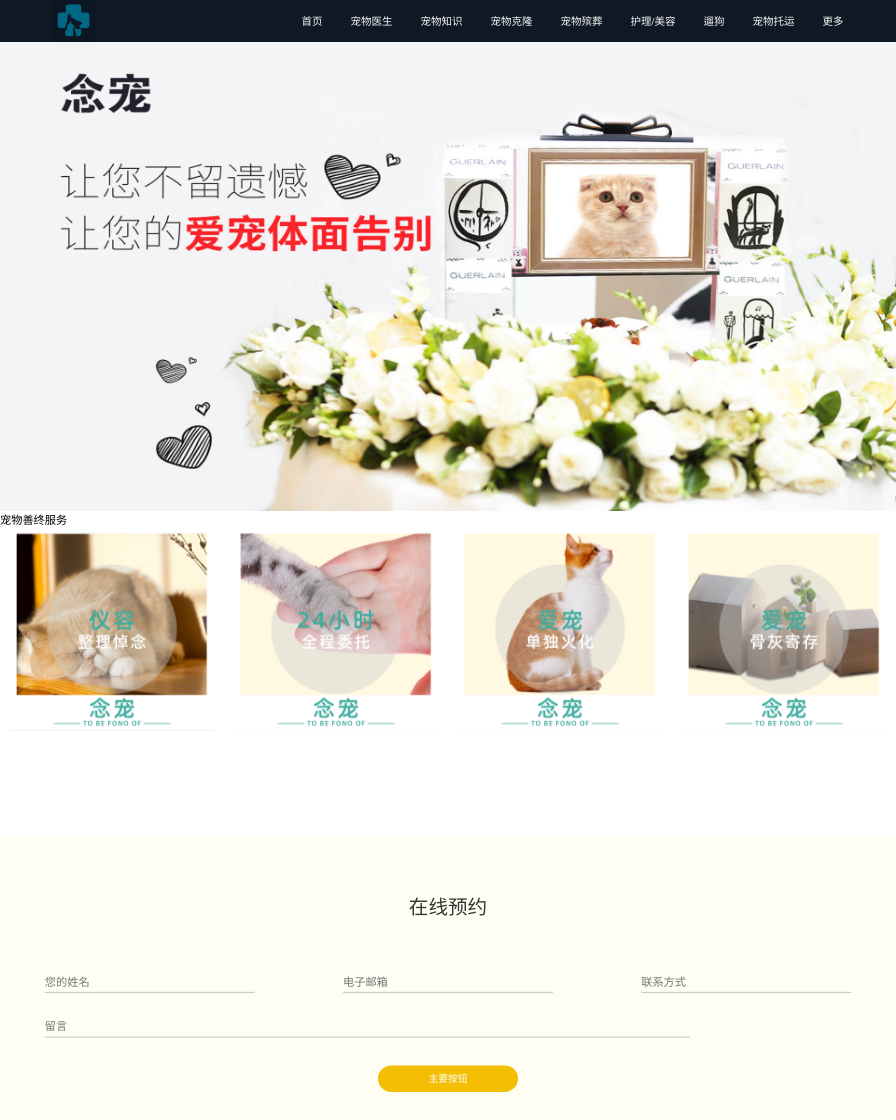
Repository: Sharang-heng/pet-hospital
Page: /petFuneral
The author's editor kept a copy of each file at every save. The page is drawn from the files as they stood at one save, then again after the next save.
The browser window is 1280 px wide. The pictures show the whole page, at 70% of full size.
The project was rebuilt for these pictures with package versions that can differ from the ones it lists, and the page was loaded fresh each time. Also part of the build but not shown: vue.config.js, src/components/home_short.vue, src/views/HomePage.vue, src/components/footer.vue, src/views/counsel.vue, src/views/doctor.vue, src/views/knowledge.vue, src/views/clone.vue and 10 more. Imported but missing from the stored project, and not drawn on this page: src/assets/video/homepage.mp4.

Above is the page before, as saved 2021-01-13 14:17:36.

After the next save:
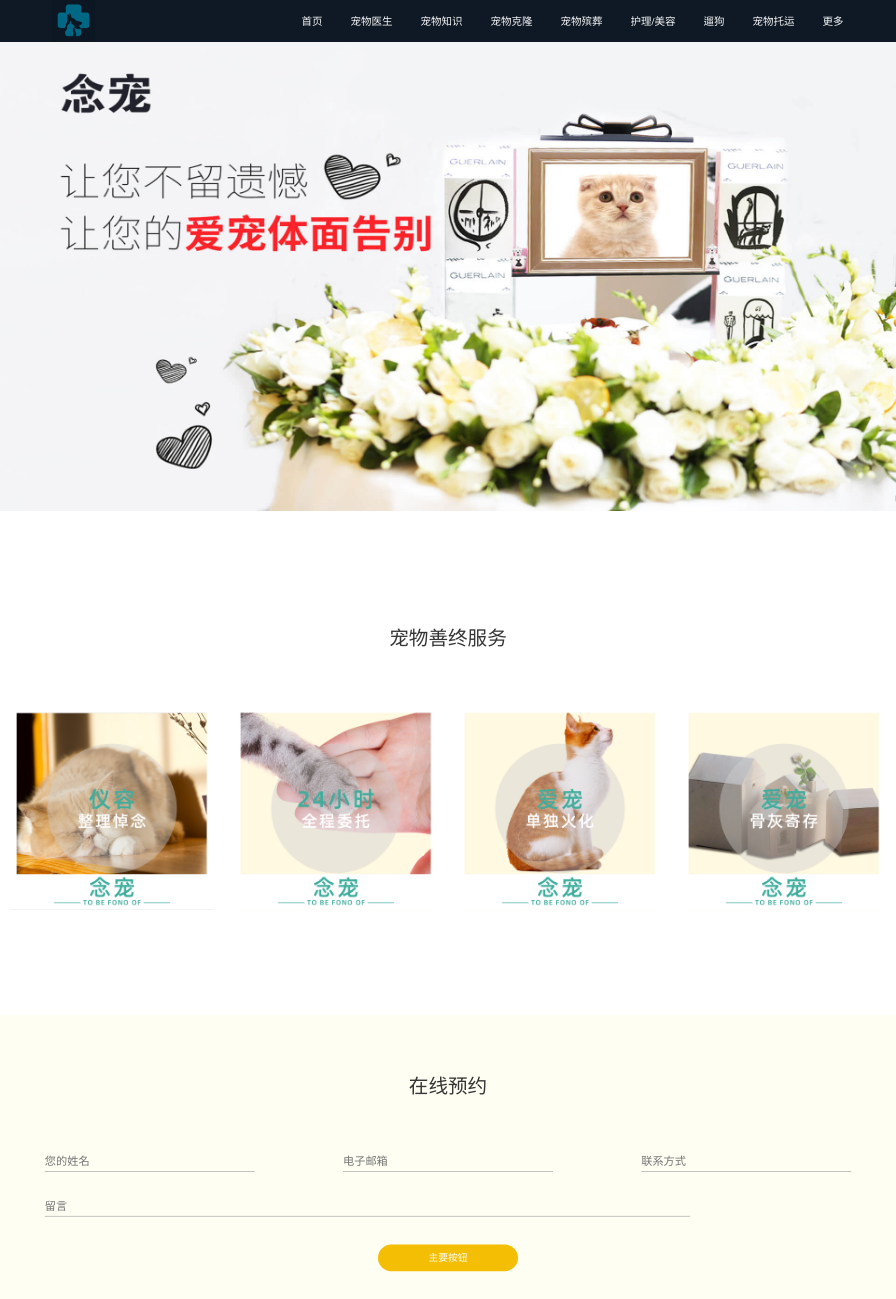
Saved 48 s later.
--- a/src/views/petFuneral.vue
+++ b/src/views/petFuneral.vue
@@ -28,7 +28,7 @@
       </div>
     </div>
     <div class="bottom_container">
-      <div class="middle">
+      <div class="order_title">
         <p>在线预约</p>
       </div>
       <div class="orderForm">
@@ -114,9 +114,17 @@
 }
 .container {
   width: 100%;
+  .middle {
+      display: flex;
+      justify-content: center;
+      font-size: 28px;
+      color: #353535;
+      margin: 80px 0;
+      padding: 80px 0 0 0;
+    }
   .bottom_container {
     background-color: #fefef3;
-    .middle {
+    .order_title {
       display: flex;
       justify-content: center;
       font-size: 28px;
